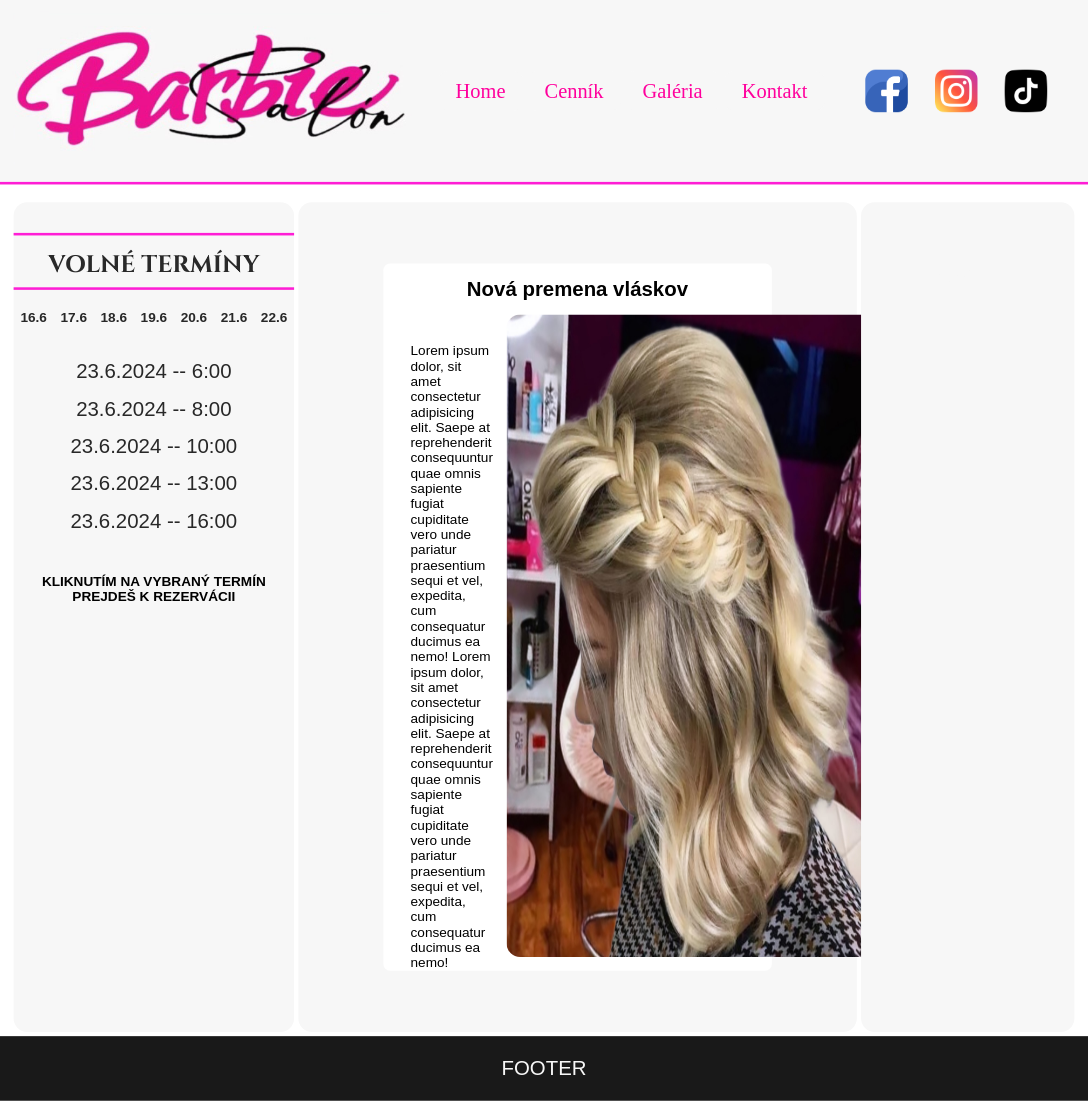
Repository: Badynko/Barbie-salon
Page: index.html
These files come from the project's save history. The page is drawn as it stood at one moment and after the next save; the edit follows.
The browser window is 1280 px wide. The pictures show the whole page, at 85% of full size.
Some web fonts or font styles are not loaded; a fallback is used.

Above is the page before, as saved 2024-08-05 07:55:45.

After the next save:
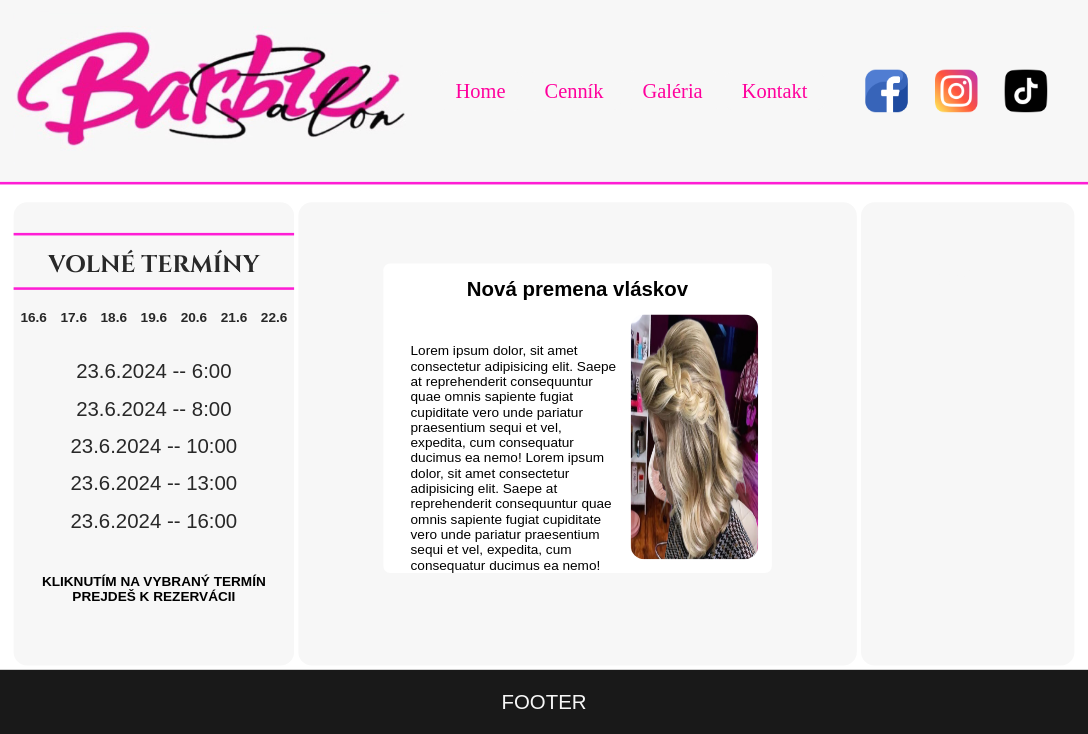
Saved 17 s later.
--- a/index.html
+++ b/index.html
@@ -78,7 +78,7 @@
               <img
                 src="img/post.jpg"
                 alt="hairs"
-                width="100%"
+                width="150px"
                 height="auto"
                 class="post-img"
               />
